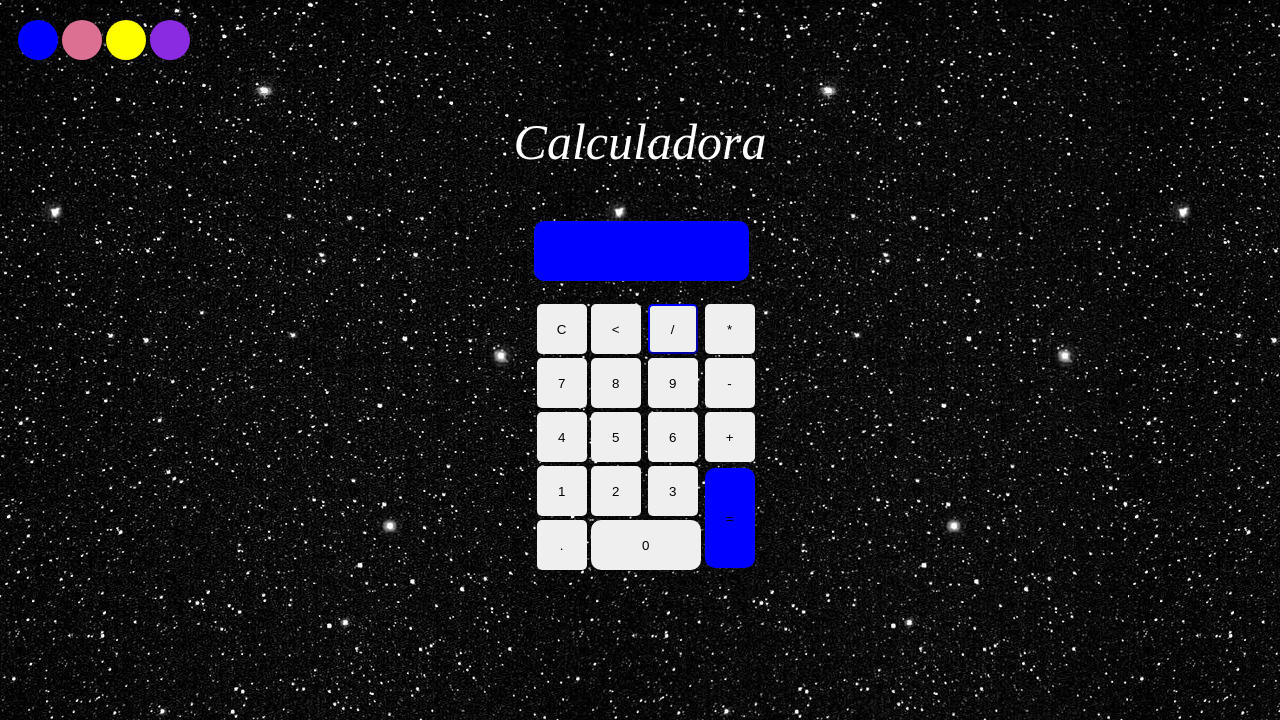
Repository: mariele-huff/calculadora
Page: index.html
These files come from the project's save history. The page is drawn as it stood at one moment and after the next save; the edit follows.
The browser window is 1280 px wide. The pictures show the whole page.
After loading, the first visible `button.corAzul` was clicked once.

Above is the page before, as saved 2022-08-14 20:56:57.

### index.html
<!DOCTYPE html>
<html lang="pt-br">

<head>
    <meta charset="UTF-8">
    <meta http-equiv="X-UA-Compatible" content="IE=edge">
    <meta name="viewport" content="width=device-width, initial-scale=1.0">
    <link rel="stylesheet" href="style.css">
    <script src="index.js">

    </script>
    <title>Calculadora</title>
</head>

<body>
    <div class="cores">
    <button class="corAzul"onclick="mudaCorAz()"></button>
    <button class="corRosa"onclick="mudaCorRos()"></button>
    <button class="corAmarelo"onclick="mudaCorAm()"></button>
    <button class="corRoxo"onclick="mudaCorRox()"></button>
    </div>
    <div class="calculadora">
        <p class="titulo">Calculadora</p>
        <div id="resultado">  </div>
        <table>
            <tr>

                <td><button class="botao" onclick="limpar()">C</button></td>
                <td><button class="botao" onclick="voltar()"><</button>
                </td>
                <td><button id="bt" class="botao" onclick="acrescenta('/')">/</button></td>
                <td><button class="botao" onclick="acrescenta('*')">*</button></td>
            </tr>
            <tr>
                <td><button class="botao" onclick="acrescenta('7')">7</button></td>
                <td><button class="botao" onclick="acrescenta('8')">8</button></td>
                <td><button class="botao" onclick="acrescenta('9')">9</button></td>
                <td><button class="botao" onclick="acrescenta('-')">-</button></td>
            </tr>
            <tr>
                <td><button class="botao" onclick="acrescenta('4')">4</button></td>
                <td><button class="botao" onclick="acrescenta('5')">5</button></td>
                <td><button class="botao" onclick="acrescenta('6')">6</button></td>
                <td><button class="botao" button onclick="acrescenta('+'), calcular()" >+</button>
                </td>
            </tr>
            <tr>
                <td><button class="botao" onclick="acrescenta('1')">1</button></td>
                <td><button class="botao" onclick="acrescenta('2')">2</button></td>
                <td><button class="botao" onclick="acrescenta('3')">3</button></td>
                <td rowspan="2"><button id="bti"class="botao2" onclick="calcular()">=</button></td>
            </tr>
            <tr>

                <td> <button class="botao" onclick="acrescenta('.')">.</button></td>
                <td colspan="2"><button class="botao1" onclick="acrescenta('0')">0</button></td>
            </tr>
        </table>
    </div>

</body>

</html>

### style.css
body {
    background-image: url("img/fundo.jpg")
}

.titulo {
    color: white;
    text-align: center;
    font-size: 50px;
    font-style: italic;
}

.calculadora {
    width: 250px;
    height: 400px;
    margin-left: 40%;
    border: 5px black;
    border-radius: 10px;

}

.botao {
    height: 50px;
    width: 50px;
    border-width: inherit;
    border-radius: 5px;
    text-align: center;
}

.botao:hover {
    border-width: 2px;
    border-color: blueviolet;

}

.botao1:hover {
    border-width: 2px;
    border-color: blueviolet;

}

.botao2:hover {
    background-color: blueviolet;
    color:wheat;
}

.botao1 {
    height: 50px;
    width: 110px;
    border-radius: 10px;
    border-width: inherit;

}

.botao2 {
    height: 100px;
    width: 50px;
    border-radius: 10px;
    border-width: inherit;

}

#resultado {
    background-color: blueviolet;
    height: 60px;
    width: 215px;
    border-radius: 10px;
    border-width: 10px;
    border-color: blueviolet;
    color: white;
    font-size: 50px;
    margin-left: 20px;
    text-align: right;


}

table {
    margin-left: 20px;
    margin-top: 20px;
}
.cores{
    width: 100%;
    margin-top: 20px;

}
.corAzul{
   margin-left: 10px;
    border-radius: 100%;
    border: thin;
    height: 40px;
    width: 40px;
    background-color: blue;
    color:white

}

.corRosa{
    border-radius: 100%;
    border: thin;
    height: 40px;
    width: 40px;
    background-color: palevioletred;
    color:white

}

.corAmarelo{
    border-radius: 100%;
    border: thin;
    height: 40px;
    width: 40px;
    background-color: yellow;
    color:white
}
.corRoxo{
    border-radius: 100%;
    border: thin;
    height: 40px;
    width: 40px;
    background-color: blueviolet;
    color:white

}

### index.js

let acrescenta = (num) => {
    let numero = document.querySelector('#resultado').innerHTML
    document.querySelector('#resultado').innerHTML = numero + num
}
let limpar = () => {
    let resultado = document.querySelector('#resultado')
    resultado.innerHTML = " "
}

let voltar = () => {
    let resultado = document.querySelector('#resultado').innerHTML
    document.querySelector('#resultado').innerHTML = resultado.substring(0, resultado.length - 1)

}

let calcular = () => {

    let resultado = document.querySelector('#resultado').innerHTML
    if (resultado) {
        let aresult = document.querySelector('#resultado').innerHTML = eval(resultado)

    }
}
let mudaCorAz = () => {
    document.getElementById('resultado').style.background = 'blue'
    document.getElementById('bt').style.borderWidth = '2px'
    document.getElementById('bt').style.borderColor = 'blue'
    document.getElementById('bti').style.background = 'blue'


}
let mudaCorRos = () => {

    document.getElementById('resultado').style.background = 'palevioletred'
}
let mudaCorAm = () => {

    document.getElementById('resultado').style.background = 'yellow'
}
let mudaCorRox = () => {

    document.getElementById('resultado').style.background = 'blueviolet'
}



let historico = () => {

    let hist = document.createElement('div')
    hist.style.width = '300px'
    hist.style.height = '300px'
    hist.style.marginLeft = '37%'
    hist.style.marginTop = '100px'
    hist.style.background = 'white'

    document.body.appendChild(hist)



}

After the next save:
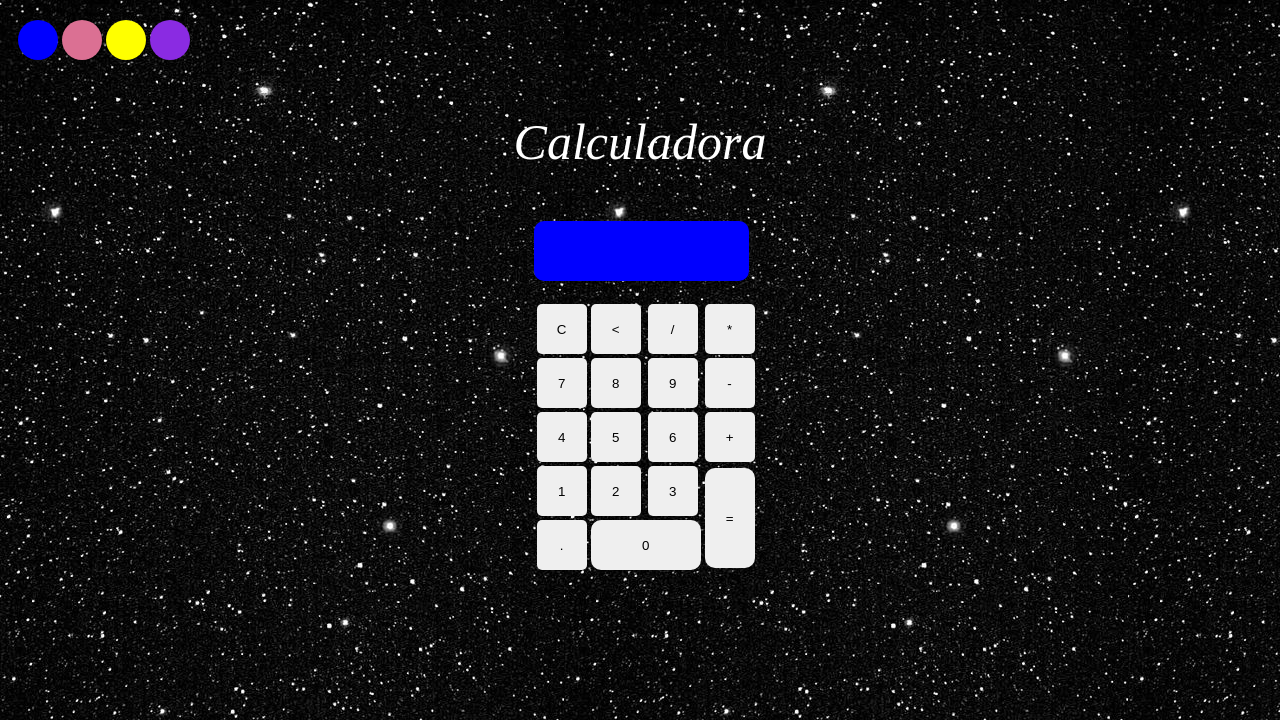
Saved 52 s later.
--- a/index.js
+++ b/index.js
@@ -24,9 +24,7 @@ let calcular = () => {
 }
 let mudaCorAz = () => {
     document.getElementById('resultado').style.background = 'blue'
-    document.getElementById('bt').style.borderWidth = '2px'
-    document.getElementById('bt').style.borderColor = 'blue'
-    document.getElementById('bti').style.background = 'blue'
+
 
 
 }
